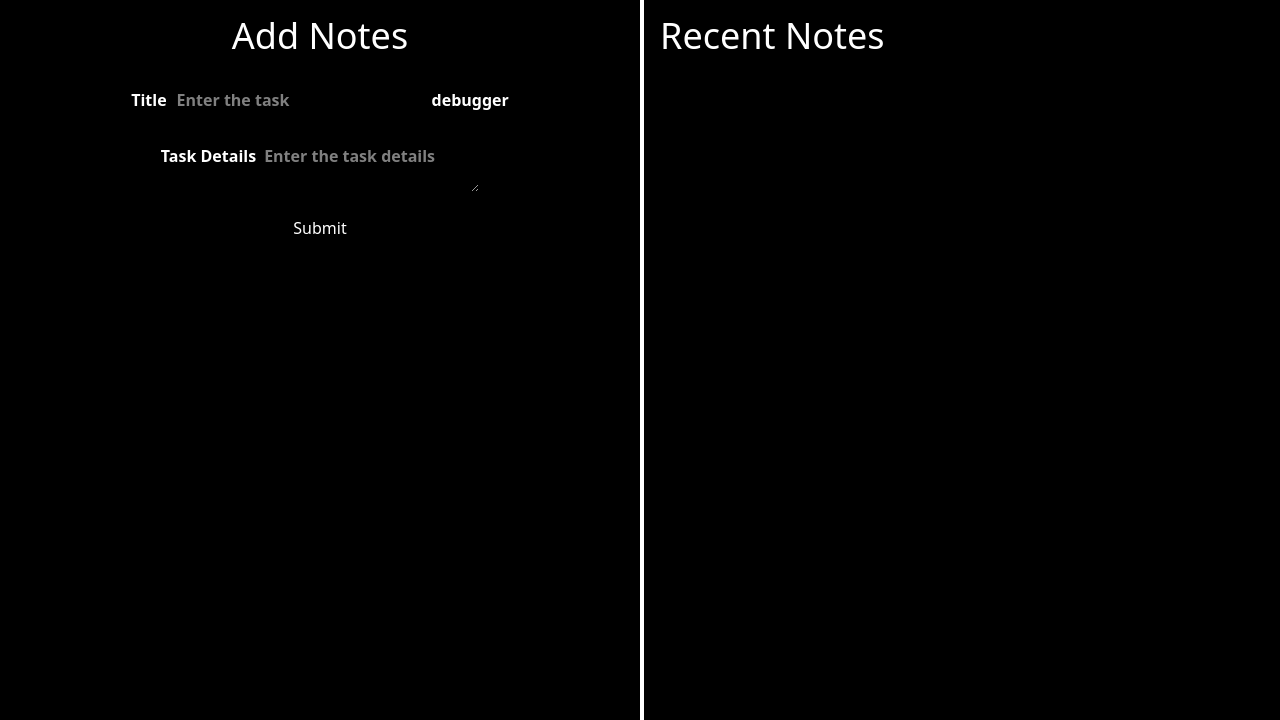
Repository: ajay-maurya-dev/notes
Page: /
An editor plug-in stored every save of this project. The page is shown before and after the next save, followed by the edit.
The browser window is 1280 px wide. The pictures show the whole page.
The project was rebuilt for these pictures with package versions that can differ from the ones it lists, and the page was loaded fresh each time. Also part of the build but not shown: vite.config.js.

Above is the page before, as saved 2026-09-26 08:20:55.

After the next save:
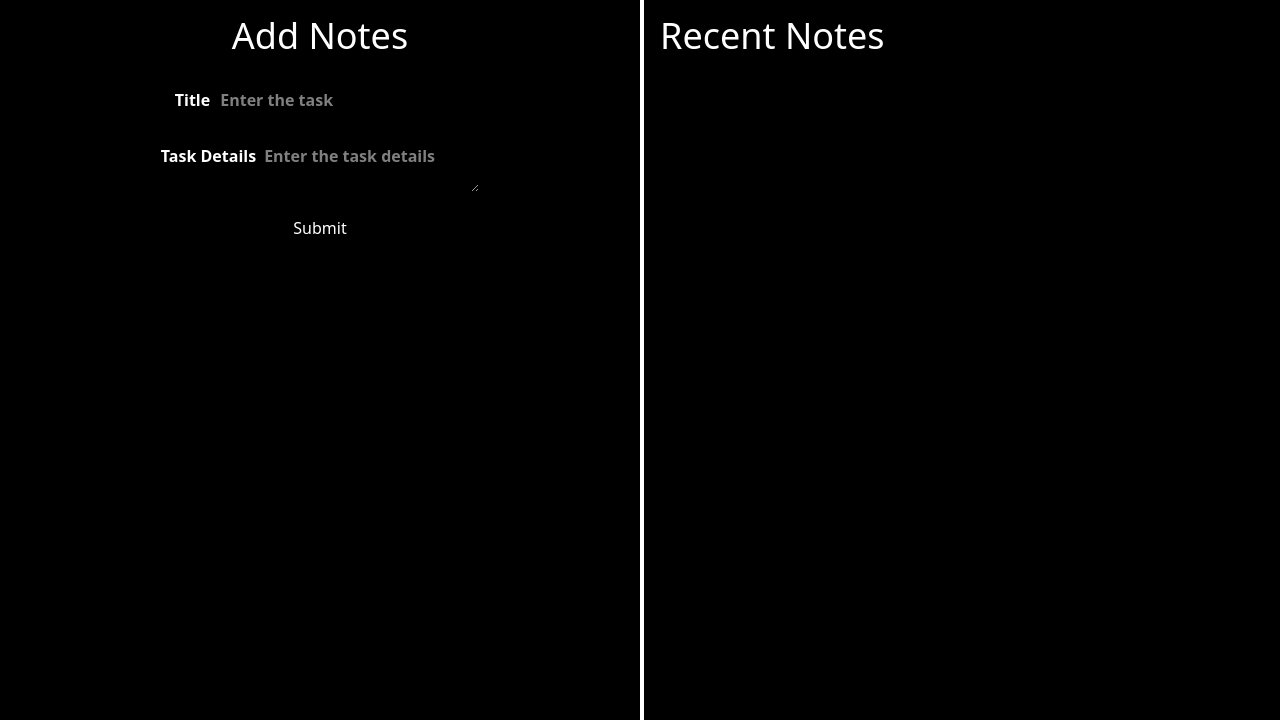
Saved 11 s later.
--- a/src/App.jsx
+++ b/src/App.jsx
@@ -40,8 +40,8 @@ const App = () => {
             value={Title}
             onChange={(e) => {
               setTitle(e.target.value)
+            debugger
             }} />
-            debugger
         </label>
         <label className="flex font-bold gap-2">
           Task Details
